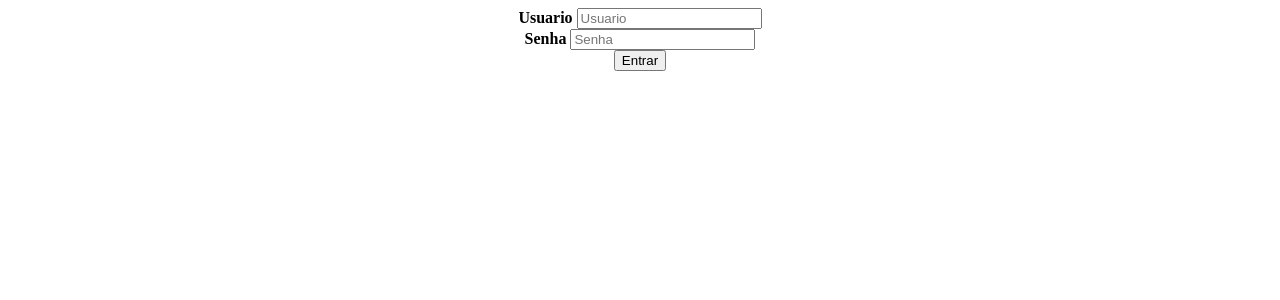
Repository: belchiorneto/innovationAPI
Page: http://localhost/TelaLogin/Login.jsp
These files come from the project's save history. The page is drawn as it stood at one moment and after the next save; the edit follows.
The browser window is 1280 px wide. The pictures show the whole page.
The page is served by Tomcat 9.

Above is the page before, as saved 2019-05-07 19:21:15.

After the next save:
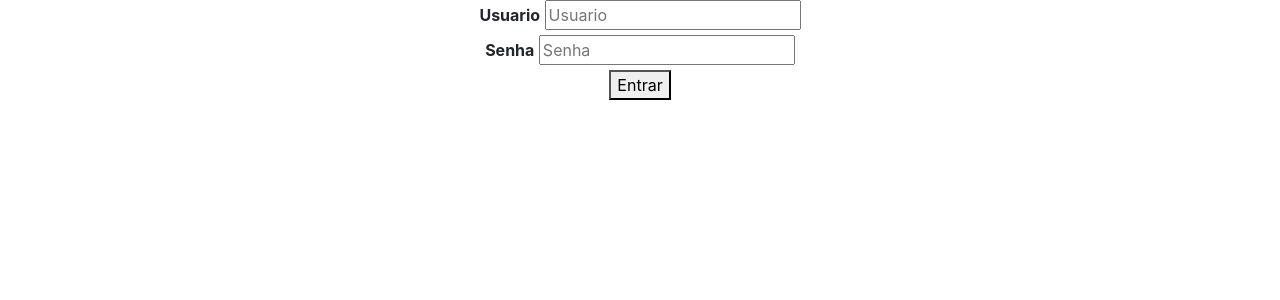
Saved 9 s later.
--- a/TelaLogin/WebContent/Login.jsp
+++ b/TelaLogin/WebContent/Login.jsp
@@ -5,6 +5,8 @@
 <head>
 <meta charset="ISO-8859-1">
 <title>XSeed - Estágio</title>
+<link rel="stylesheet" href="https://stackpath.bootstrapcdn.com/bootstrap/4.3.1/css/bootstrap.min.css" integrity="sha384-ggOyR0iXCbMQv3Xipma34MD+dH/1fQ784/j6cY/iJTQUOhcWr7x9JvoRxT2MZw1T" crossorigin="anonymous">
+
 </head>
 <body>
 	<form action="LoginConfere.jsp" method="Post">
